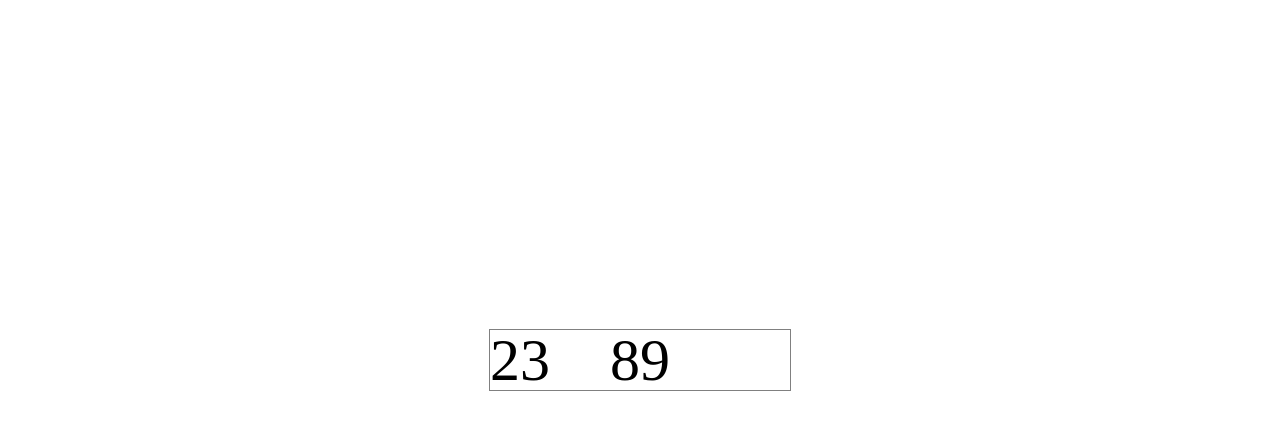
Repository: cbtpro/javascript
Page: src/animation-time/index.html
These files come from the project's save history. The page is drawn as it stood at one moment and after the next save; the edit follows.
The browser window is 1280 px wide. The pictures show the whole page.

Above is the page before, as saved 2023-04-05 17:40:10.

### src/animation-time/index.html
<!DOCTYPE html>
<html lang="zh" dir="ltr">

<head>
  <meta charset="utf-8">
  <title>动画时间</title>
  <style type="text/css">
    * {
      margin: 0;
      padding: 0;
    }
    html,
    body {
      margin: 0;
    }

    .container {
      position: absolute;
      font-size: 60px;
      /* box-sizing: border-box; */
      top: 50%;
      left: 50%;
      width: 300px;
      height: 1em;
      transform: translate(-50%, -50%);
      border: 1px gray solid;
      overflow: hidden;
    }

    .time-block {
      float: left;
      position: relative;
      width: 1em;
      line-height: 1em;
      text-align: center;
      word-wrap: break-word;
      transition: top 0.5s;
    }
  </style>
  <script type="text/javascript">
    /**
    * 生成安全随机数
    * @param {*} min 最小值（包含）
    * @param {*} max 最大值（包含）
    * @param {*} isFloat 是否带小数
    * @returns {number} 范围内随机数
    */
    const random = function (min = 0, max = 100, isFloat = false) {
      const array = new Uint32Array(1)
      const maxUint = 0xffffffff
      const randomNumber = crypto.getRandomValues(array)[0] / maxUint
      const randomRangeValue = (max - min + 1) * randomNumber + min
      return isFloat ? randomRangeValue : Math.floor(randomRangeValue)
    }
    // window.onload = () => {
    //   let timeBlocks = document.querySelectorAll('.time-block')
    //   setInterval(() => {
    //     let now = new Date()
    //     let timeStr = `${now.getHours()}${now.getMinutes()}${now.getSeconds()}`
    //     Array.from(timeStr, (num, i) => {
    //       let n = Number(num);
    //       timeBlocks.item(i).style.top = -83 * n + 'px';
    //     })
    //   }, 1000)
    // }
    const tick = (timeBlocks) => {
      let now = new Date()
      let timeStr = `${now.getHours()}${now.getMinutes()}${now.getSeconds()}`
      console.log(timeStr);
      Array.from(timeStr, (num, i) => {
        let n = Number(num);
        timeBlocks.item(i).style.top = -1 * n + 'em';
      })
    }
    const start = () => {
      let timeBlocks = document.querySelectorAll('.time-block')
      window.setTimeout(() => {
        tick(timeBlocks);
        start();
      }, 1000)
    };
    window.onload = () => {
      start();
    }
  </script>
</head>

<body>
  <div class="container">
    <div class="time-block">0123456789</div>
    <div class="time-block">0123456789</div>
    <div class="time-block">0123456789</div>
    <div class="time-block">0123456789</div>
    <div class="time-block">0123456789</div>
    <div class="time-block">0123456789</div>
  </div>
</body>

</html>

After the next save:
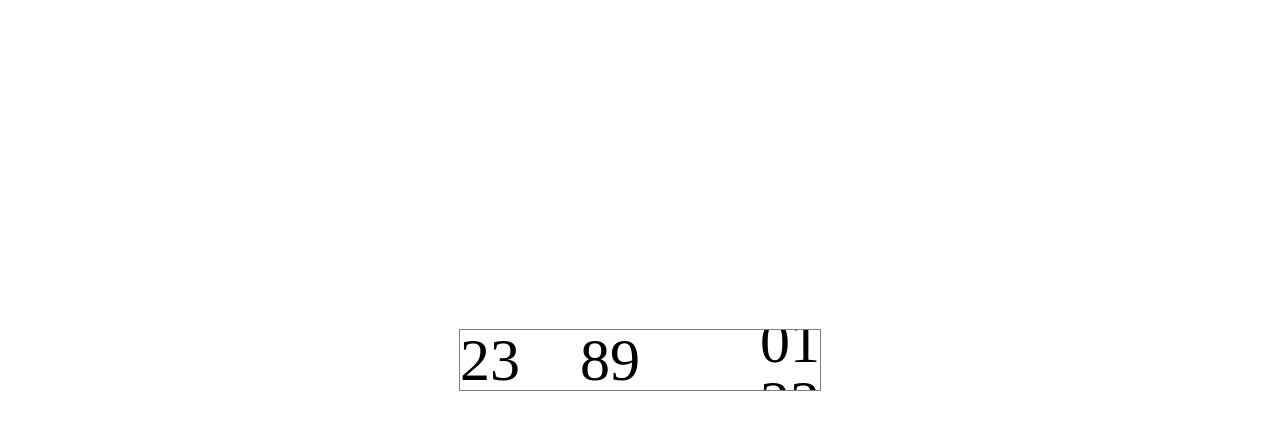
Saved 15 s later.
--- a/src/animation-time/index.html
+++ b/src/animation-time/index.html
@@ -20,7 +20,7 @@
       /* box-sizing: border-box; */
       top: 50%;
       left: 50%;
-      width: 300px;
+      width: 6em;
       height: 1em;
       transform: translate(-50%, -50%);
       border: 1px gray solid;
